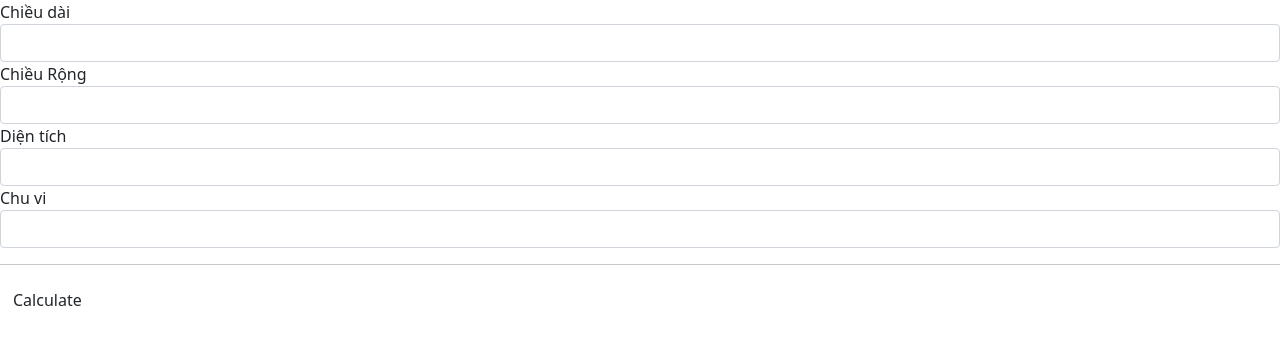
Repository: OanhBuonNgu/Lab4_AngularJS
Page: lab4.4.html
An editor plug-in stored every save of this project. The page is shown before and after the next save, followed by the edit.
The browser window is 1280 px wide. The pictures show the whole page.

Above is the page before, as saved 2022-07-22 12:55:48.

### lab4.4.html
<!DOCTYPE html>
<html lang="en">

<head>
    <meta charset="UTF-8">
    <meta http-equiv="X-UA-Compatible" content="IE=edge">
    <meta name="viewport" content="width=device-width, initial-scale=1.0">
    <title>Document</title>
    <link href="https://cdn.jsdelivr.net/npm/bootstrap@5.0.2/dist/css/bootstrap.min.css" rel="stylesheet" integrity="sha384-EVSTQN3/azprG1Anm3QDgpJLIm9Nao0Yz1ztcQTwFspd3yD65VohhpuuCOmLASjC" crossorigin="anonymous">
    <script src="https://cdn.jsdelivr.net/npm/bootstrap@5.0.2/dist/js/bootstrap.bundle.min.js" integrity="sha384-MrcW6ZMFYlzcLA8Nl+NtUVF0sA7MsXsP1UyJoMp4YLEuNSfAP+JcXn/tWtIaxVXM" crossorigin="anonymous"></script>
</head>

<body ng-app="myApp">
    <div ng-controller="info">
        <form action="">
            <div class="form-group">
                <label for="">Chiều dài</label>
                <input ng-model="cd" class="form-control" />
            </div>
            <div class="form-group">
                <label for="">Chiều Rộng</label>
                <input ng-model="cr" class="form-control" />
            </div>
            <div class="form-group">
                <label for="">Diện tích</label>
                <input ng-bind="dt" class="form-control" />
            </div>
            <div class="form-group">
                <label for="">Chu vi</label>
                <input ng-bind="cv" class="form-control" />
            </div>
            <hr>
            <div class="form-group">
                <button type="button" class="btn btn-default" ng-click="calculate()">Calculate</button>
            </div>
        </form>
    </div>
    <script src="https://ajax.googleapis.com/ajax/libs/angularjs/1.8.2/angular.min.js"></script>
    <script>
        const app = angular.module("myApp", []);
        app.controller("info", function($scope) {
            $scope.calculate = function() {
                var a = parseFloat($scope.cd);
                var b = parseFloat($scope.cr);
                $scope.dt = a * b;
                $scope.cv = (a + b) * 2;
            };
        })
    </script>
</body>

</html>

After the next save:
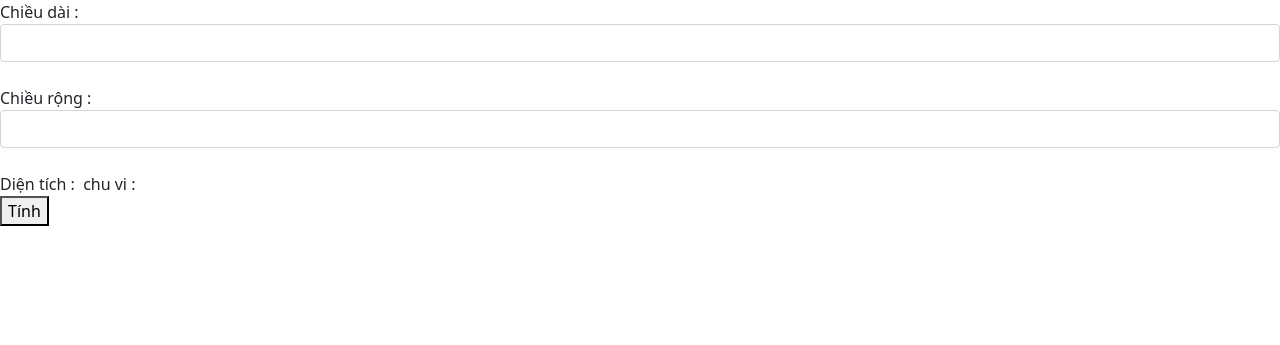
Saved 111 s later.
--- a/lab4.4.html
+++ b/lab4.4.html
@@ -13,26 +13,12 @@
 <body ng-app="myApp">
     <div ng-controller="info">
         <form action="">
-            <div class="form-group">
-                <label for="">Chiều dài</label>
-                <input ng-model="cd" class="form-control" />
-            </div>
-            <div class="form-group">
-                <label for="">Chiều Rộng</label>
-                <input ng-model="cr" class="form-control" />
-            </div>
-            <div class="form-group">
-                <label for="">Diện tích</label>
-                <input ng-bind="dt" class="form-control" />
-            </div>
-            <div class="form-group">
-                <label for="">Chu vi</label>
-                <input ng-bind="cv" class="form-control" />
-            </div>
-            <hr>
-            <div class="form-group">
-                <button type="button" class="btn btn-default" ng-click="calculate()">Calculate</button>
-            </div>
+            Chiều dài :
+            <input type="text" ng-model="cd" class="form-control" /><br /> Chiều rộng : <input type="text" ng-model="cr" class="form-control" />
+            <br /> Diện tích :
+            <label ng-bind="dt"></label> chu vi :
+            <label ng-bind="cv"></label><br />
+            <button type="button" ng-click="tinh()">Tính</button>
         </form>
     </div>
     <script src="https://ajax.googleapis.com/ajax/libs/angularjs/1.8.2/angular.min.js"></script>
